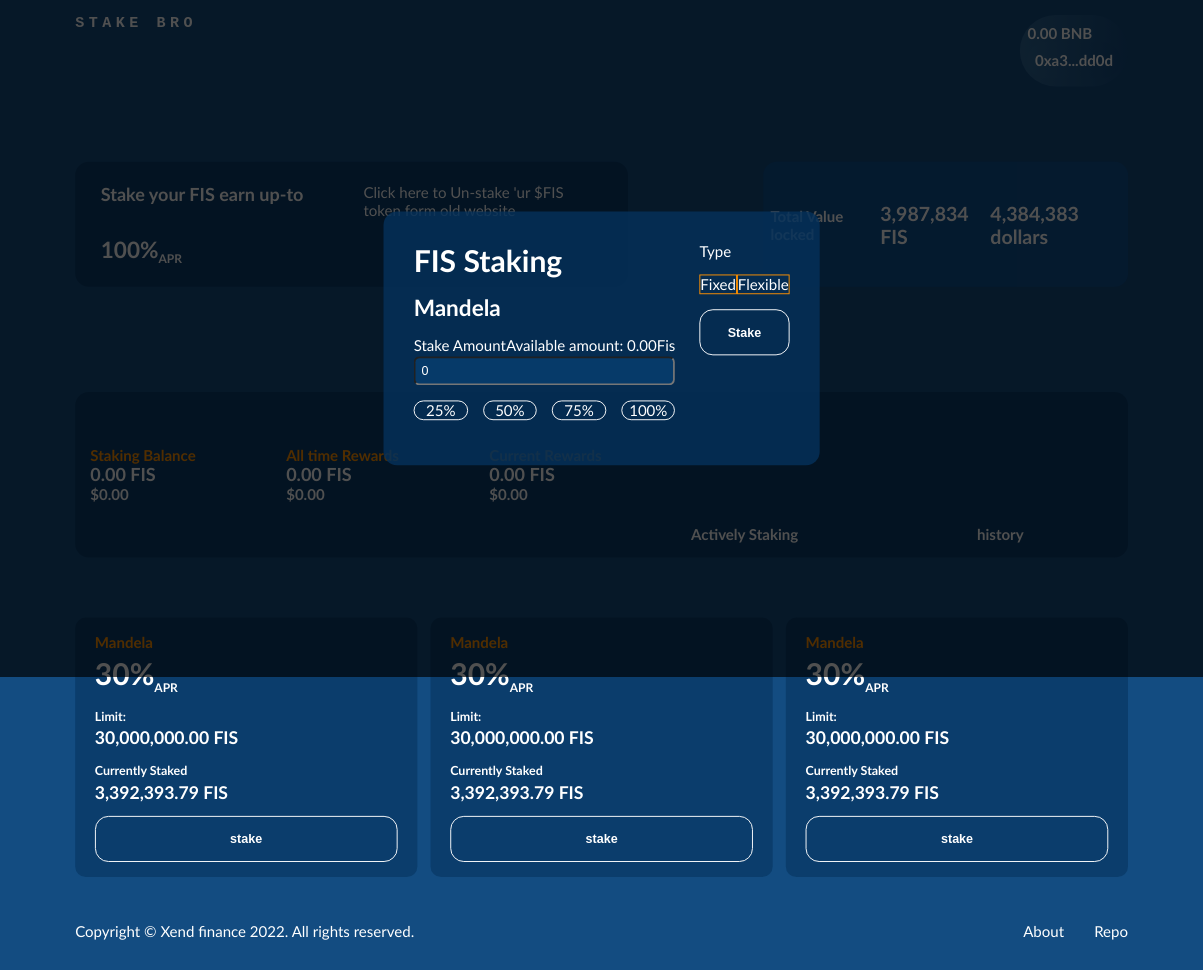
Repository: NorVirae/Stake
Page: /, after clicking the first element matching `button.stake-button`
The author's editor kept a copy of each file at every save. The page is drawn from the files as they stood at one save, then again after a run of saves.
The browser window is 1280 px wide. The pictures show the whole page, at 94% of full size.
The project was rebuilt for these pictures with package versions that can differ from the ones it lists, and the page was loaded fresh each time.

Above is the page before, as saved 2022-04-18 19:19:08.

### src/App.tsx
import React, { useState } from 'react';
import AccountInfoCard from './components/cards/account-info-card';
import AprCard from './components/cards/apr-card';
import StakeModal from './components/modals/stake-modal';
import './styles/app.css'

function App() {
  const [isWalletConnected, setIsWalletConnected] = useState(false)
  const [showModal, setShowModal] = useState(false)

  return (
    <div className="stake-container">

      {showModal && <StakeModal showModal={showModal} setShowModal={setShowModal}/>}
      <header>
        <nav>
            <a href='logo' className='logo'>Stake Bro</a>
            <ul>
              {
                isWalletConnected?
                  <li className='connect-wallet-btn'>Connect Wallet</li>:
                  <li className='connect-wallet-btn'>0.00 BNB
                    <li className='connect-wallet-btn'>0xa3...dd0d</li>
                </li>
                }

            </ul>
        </nav>
      </header>



      <main>
        <section className='info-global'>
          <div className='info-main'>
            <div className='inner-container-left'>
              <h1 className='earn-text'> Stake your FIS earn up-to</h1>
              <h1>100%<sub className='sub'>APR</sub></h1>

            </div>

            <div className='inner-container-right'>
              <p>Click here to Un-stake 'ur $FIS token form old website</p>
              {/* <span>{"=>"}</span> */}
            </div>
          </div>

          <div className='public-stake-info'>
            <h3 className='total-locked'>Total Value locked</h3>
            <h1 className='total-locked-token'>3,987,834 FIS</h1>
            <h2 className='total-locked-dollars'>4,384,383 dollars</h2>

          </div>

        </section>

        <section className='connection-info'>
          {
          isWalletConnected?
          <div className={'connection-container-user'}>
            <div className='connection-info-text'>No Wallet connected</div>
            <div> Connect wallet to see your balance</div>
          </div>
          :
          <>
          <div className='user-stake-info-container'>
            <AccountInfoCard title='Staking Balance' token='0.00' dollarEquiv='0.00'/>

            <AccountInfoCard title='All time Rewards' token='0.00' dollarEquiv='0.00'/>


            <AccountInfoCard title='Current Rewards' token='0.00' dollarEquiv='0.00'/>


          </div>

          <div className='info-redirect'>
            <h1>Actively Staking </h1>
            <h1>history </h1>

          </div>

          </>
          }
        </section>

        <section className='reward'>
          <AprCard stakeAction={setShowModal}/>
          <AprCard stakeAction={setShowModal}/>
          <AprCard stakeAction={setShowModal}/>
        </section>

      </main>

      <footer>
        <div className='copyright-info'>
          Copyright &copy; Xend finance 2022. All rights reserved.
        </div>
        <ul>
          <li>About</li>
          <li>Repo</li>

        </ul>
      </footer>

    </div>
  );
}

export default App;

### src/components/cards/account-info-card.tsx
import React from 'react';

interface StakeInfoParams {
    title:string,
    token:string,
    dollarEquiv:string
}

const AccountInfoCard:React.FC<StakeInfoParams> = ({title, token, dollarEquiv}) => {
    return <div className='user-stake-info'>
                <h2 className='staking-balance'>{title}</h2>
                <h1 className='token-balance-fis'>{token} FIS</h1>
                <h2 className='token-balance-dollars'>${dollarEquiv}</h2>
            </div>
}

export default AccountInfoCard;

### src/components/cards/apr-card.tsx
import React, { useState } from "react";

interface AprCardInterface{
    stakeAction:any
}

const AprCard:React.FC<AprCardInterface> = ({stakeAction})=>{
    const [isWalletConnected, setIsWalletConnected] = useState(false)
    return <div className='apr-card'>
                <div className='mandela-container'>
                    <h4 className="mandela">Mandela</h4>
                    <h1 className="apr-announce">30%<sub className="sub">APR</sub></h1>
                </div>


                <div className='limit-container'>
                    <h5>Limit:</h5>
                    <h3>30,000,000.00 FIS</h3>
                </div>

                <div className='current-container'>
                    <h5>Currently Staked</h5>
                    <h3>3,392,393.79 FIS</h3>
                </div>

                {isWalletConnected?<button className="stake-button">No wallet connected</button>:
                <button onClick = {e=>stakeAction(true)}
                className="stake-button">stake</button>}

        </div>
}

export default AprCard;

### src/components/modals/stake-modal.tsx
import React, { useState } from 'react';


interface StakeModalInterface{
    setShowModal?:any,
    showModal:boolean
}

const StakeModal:React.FC<StakeModalInterface> = ({setShowModal, showModal}) => {

    const [amountToStake, setAmountToStake] = useState(0)
    return <div onClick={e=>setShowModal(false)} className='stake-modal-container'>

                <div onClick={e=>null} className='stake-modal'>
                    <div className='stake-inner-left'>
                        <h1>FIS Staking</h1>

                        <h2> Mandela</h2>

                        <form>
                            <fieldset className='form-group'>

                                <label className='form-label'><span>Stake Amount </span> <span>Available amount: 0.00Fis</span></label>
                                <input value={amountToStake} className='form-input'/>

                            </fieldset>
                        </form>

                        <div className='percentage-container'>

                            <div className='btn-percentage'>
                                25%

                            </div>

                            <div className='btn-percentage'>
                                50%

                            </div>

                            <div className='btn-percentage'>
                                75%

                            </div>

                            <div className='btn-percentage'>
                                100%

                            </div>
                        </div>

                        <div className='stake-type'>

                        </div>

                    </div>

                    <div className='stake-inner-right'>

                        <div className='type-title'>Type</div>
                        <div className='type-btn-container'>
                            <div className='btn-type'>
                                    Fixed
                            </div>

                            <div className='btn-type'>
                                    Flexible
                            </div>
                        </div>

                        <button className='stake-button'>Stake</button>
                    </div>

                </div>

            </div>


}
export default StakeModal;

### src/styles/app.css
*{
    padding: 0;
    margin: 0;

}

::-webkit-scrollbar{
    background-color: #134C81;
    width: .4rem;
}

::-webkit-scrollbar-thumb{
    background-color: #0c5ba5;
}

img {
    width: 100%;
}

li {
    list-style-type: none;
}

body{
    background-color: #134C81;
    color: #ffff;
    font-family:'Trebuchet MS', 'Lucida Sans Unicode', 'Lucida Grande', 'Lucida Sans', Arial, sans-serif;
}
.stake-container {
    max-width: 70rem;
    margin:auto;
    display: flex;
    flex-direction: column;
    gap: 1rem;
}


nav {
    display:  flex;
    justify-content: space-between;
    padding: 1rem 0;
    position: sticky;
    top:0;
}

main {
    display: flex;
    flex-direction: column;
    gap:4rem;
}
.logo {
    text-decoration: none;
    font-family: 'Courier New', Courier, monospace;
    font-weight: 900;
    color: #ffff;
    letter-spacing: .3rem;
    text-transform: uppercase;
}

.connect-wallet-btn{
    padding: .6rem .5rem;
    background-image: linear-gradient(to right, #2d6797, #134C81  );
    font-weight: bold;
    border-radius: 3rem;
    transition: background-image .5s ease-in-out;
}

.connect-wallet-btn:hover{
    background-image: linear-gradient(to right, #134C81, #2d6797 );
    cursor: pointer;
    color: rgb(225, 225, 235);

}

.info-global{
    display: flex;
    justify-content: space-between;
    padding: 3rem 0;
    gap: 9rem;
}

.info-main{
    display: flex;
    background-color: #05315a88;
    border-radius: .9rem;
    padding: .5rem .9rem;

}

.inner-container-left, .inner-container-right{

    width: 100%;
    padding: .9rem .8rem;
    border-radius: .9rem;
    display: flex;
    flex-direction: column;
    gap:2rem
}



.earn-text {
    font-size: 1.2rem;
}

.sub{
    font-size: .8rem;
}

.public-stake-info {
    display: flex;
    justify-content: center;
    align-items: center;
    border-radius: .9rem;
    padding: .5rem;
    gap: .4rem;

    background-color: #0c5ba588;

}


.total-locked{
    font-size: 1rem;

}

.total-locked-token{
    font-size: 1.3rem;
}

.total-locked-dollars {
    font-size: 1.3rem;
}


.connection-info{
    display: flex;
    background-color: #05315a88;
    border-radius: .9rem;
    justify-content: center;
    align-items: center;
    height: 20vh;
    padding: 1rem 1rem;

}

.connection-info-text {
    font-size: 1.2rem;
    text-transform: uppercase;
}

.user-stake-info-container{
    display: flex;
    justify-content: space-between;
    width: 100%;
}

.staking-balance{
    font-size: 1rem;
    color: #FF9100;;
}

.token-balance-fis{
    font-size: 1.2rem;
}

.token-balance-dollars{
    font-size: 1rem;
}

.info-redirect{
    width: 100%;
    height: 100%;
    display: flex;
    justify-content: flex-end;
    align-items: flex-end;
    justify-content: space-around;
}

.info-redirect h1 {
    font-size: 1rem;
}

.connection-container-user{
    display: flex;
    flex-direction: column;
    justify-content: center;
    align-items: center;
}


.reward{
    display: flex;
    justify-content: space-between;
    gap: .9rem;
}

.apr-card{
    background-color: #05315a88;
    padding: 1rem 1.3rem;
    border-radius: .7rem;
    display: flex;
    flex-direction: column;
    justify-content: space-around;
    flex: 1;
    gap: .9rem;
}

.mandela-container{
    display: flex;
    flex-direction: column;
    justify-content: space-between;
    gap:.3rem;
}

.mandela{
    font-size: 1rem;
    color: #FF9100;

}

.apr-announce{
    font-size: 2rem;
}

.limit-container{
    display: flex;
    flex-direction: column;
    justify-content: space-between;
    gap:.3rem;
}

.current-container{
    display: flex;
    flex-direction: column;
    justify-content: space-between;
    gap:.3rem;
}

.stake-button{
    border-radius: .9rem;
    border: .1px solid white;
    background-color: transparent;
    padding: 1rem .6rem;
    color: #fff;
    font-weight: bold;
    transition: color .4s ease-in-out, border .4s ease-in-out;

}

.stake-button:hover{
    cursor: pointer;
    color: #FF9100;
    border: .1px solid #FF9100;

}

footer{
    display: flex;
    justify-content: space-between;
    padding: 2rem 0;

}
.copyright-info{
    display: flex;
}

footer ul{
    display: flex;
    gap: 2rem;
}


/* Stake Modal */
.stake-modal-container{
    z-index: 9;
    background-color: rgba(0, 0, 0, 0.685);
    position: fixed;
    width: 100vw;
    height: 100vh;
    top: 0%;
    left: 0%;
    display: flex;
    justify-content: center;
    align-items: center;

}

.stake-modal-container:hover{
    cursor: pointer;
}

.stake-modal{
    display: flex;
    background-color: #05315ad2;
    padding: 2rem;
    border-radius: .9rem;
    gap: .6rem;
    z-index: 8;
}

.stake-inner-left{
    display: flex;
    flex-direction: column;
    padding-right: 1rem;
    gap: 1rem;
}

.form-group{
    display: flex;
    flex-direction: column;
    border: none;
    gap: .2rem;

}

.form-label{
    display: flex;
    justify-content: space-between;
}

.form-input {
    border-radius: .4rem;
    padding: .4rem;
    background-color: #0c5ba54b;
    color: #fff;
}

.percentage-container{
    display: flex;
    justify-content: space-between;
    gap: 1rem;
}

.btn-percentage{
    border: .1rem solid #fff;
    border-radius: .9rem;
    flex:1;
    display: flex;
    justify-content: center;
    align-items: center;
    transition: background-color .4s ease-in-out, color .4s ease-in-out;
}

.btn-percentage:hover{
    background-color: #fff;
    color: #0c5ba5;
    cursor: pointer;
}

.stake-inner-right{
    display: flex;
    flex-direction: column;
    gap: 1rem;
}

.type-btn-container{
    display: flex;

}

.btn-type {
    border: .1px solid #FF9100;
}

Loaded but not shown: public/index.html (common file); src/index.tsx (common file); src/reportWebVitals.ts (common file)

After the next 4 saves:
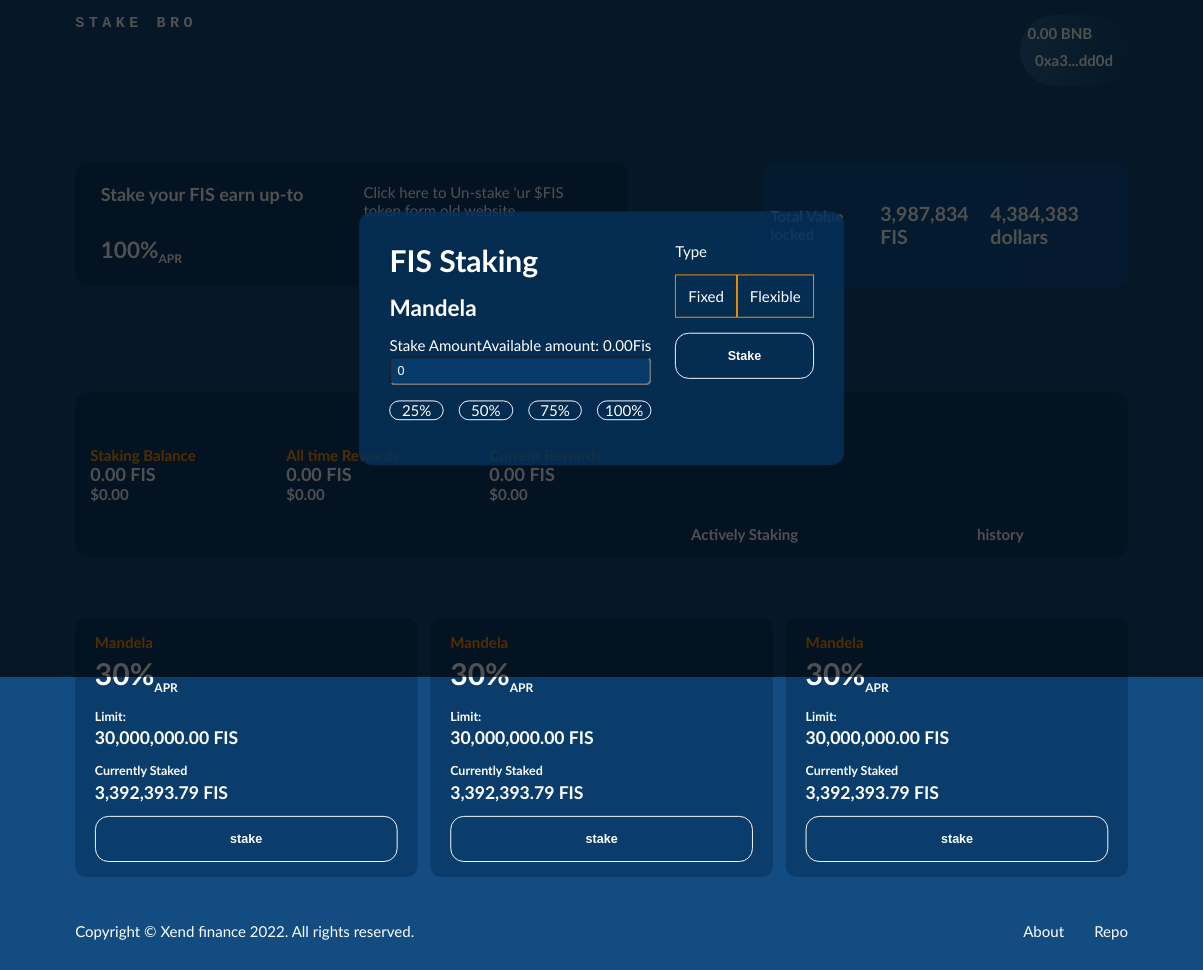
The 4 saves are shown as one change because they came seconds apart.
The last was saved 18 s later.
--- a/src/styles/app.css
+++ b/src/styles/app.css
@@ -362,4 +362,5 @@
 
 .btn-type {
     border: .1px solid #FF9100;
-}
+    padding: .8rem;
+}
